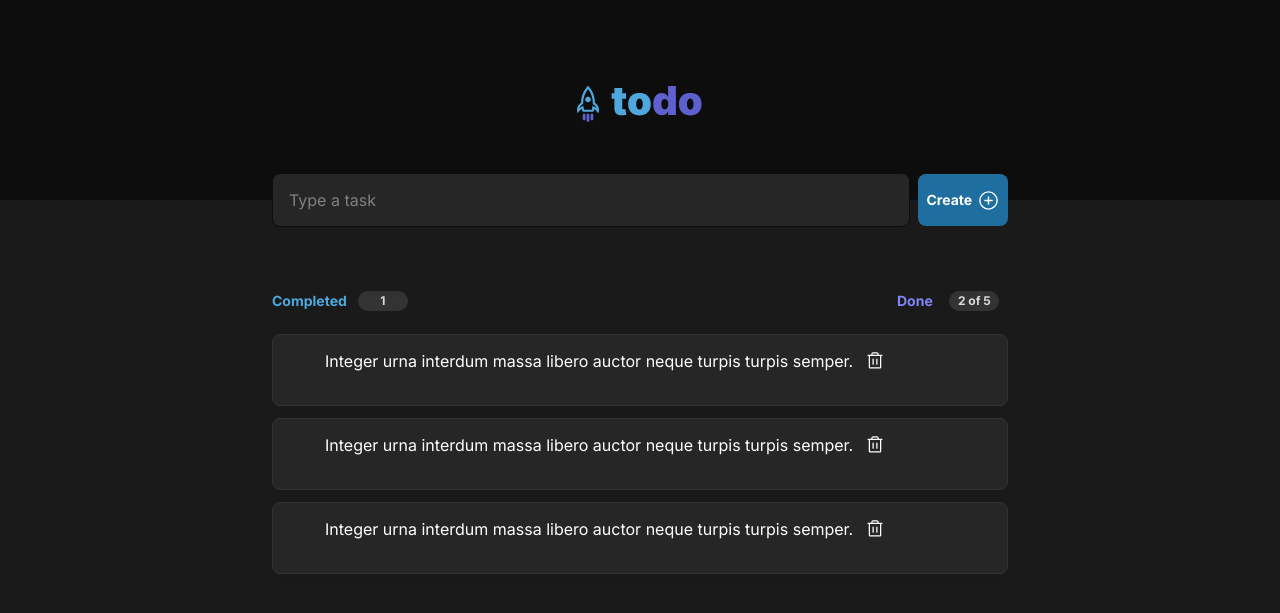
Repository: JoseGu1llardi/to-do-list-D01
Page: /
An editor plug-in stored every save of this project. The page is shown before and after the next save, followed by the edit.
The browser window is 1280 px wide. The pictures show the whole page.
The project was rebuilt for these pictures with package versions that can differ from the ones it lists, and the page was loaded fresh each time. Also part of the build but not shown: vite.config.ts.

Above is the page before, as saved 2023-03-11 21:25:02.

### index.html
<!DOCTYPE html>
<html lang="en">
  <head>
    <meta charset="UTF-8" />

    <link rel="preconnect" href="https://fonts.googleapis.com" />
    <link rel="preconnect" href="https://fonts.gstatic.com" crossorigin />

    <link
      href="https://fonts.googleapis.com/css2?family=Inter:wght@400;700&display=swap"
      rel="stylesheet"
    />

    <link rel="icon" type="image/svg+xml" href="/vite.svg" />
    <meta name="viewport" content="width=device-width, initial-scale=1.0" />
    <title>Vite + React + TS</title>
  </head>
  <body>
    <div id="root"></div>
    <script type="module" src="/src/main.tsx"></script>
  </body>
</html>

### src/App.tsx
import { Header } from "./components/Header"

import styles from './App.module.css';

import "./global.css"
import { Input } from "./components/Input";
import { Button } from "./components/Button";
import { TasksList } from "./components/TasksList";

function App() {
  return (
    <>
      <Header />

      <div className={styles.newTaskContainer}>
        <Input />
        <Button />
      </div>

      <div className={styles.tasksContainer}>
        <TasksList />
      </div>
    </>
  )
}

export default App

### src/components/Header/index.tsx
import Logo from '../../assets/Logo (1).svg'

import styles from './styles.module.css';

export function Header() {
    return (
        <header className={styles.container}>
            <img src={Logo} />
        </header>
    )
}

### src/App.module.css
.newTaskContainer {
  display: flex;
  flex-direction: row;
  align-items: center;
  padding: 0px;
  gap: 8px;

  position: absolute;
  width: 46rem;
  height: 3.375rem;
  left: calc(50% - 736px / 2);
  top: 10.8125rem;
}

.tasksContainer {
  display: flex;
  flex-direction: column;
  align-items: flex-start;
  padding: 0px;
  gap: 24px;

  position: absolute;
  width: 736px;
  height: 287px;
  left: calc(50% - 736px / 2);
  top: 291px;
}

### src/global.css
:root {
  // Base
  --gray-100: #f2f2f2;
  --gray-200: #d9d9d9;
  --gray-300: #808080;
  --gray-400: #333333;
  --gray-500: #262626;
  --gray-600: #1a1a1a;
  --gray-700: #0d0d0d;

  --danger: #e25858;

  // Product
  --purple: #8284fa;
  --dark-purple: #5e60ce;
  --blue: #4ea8de;
  --dark-blue: #1e6f9f;
}

:focus {
  outline: transparent;
  box-shadow: 0 0 0 2px var(--dark-purple);
}

* {
  margin: 0;
  padding: 0;
  box-sizing: border-box;
}

body {
  color: #fff;
  background: var(--gray-600);

  width: 100%;
  height: 100%;
  max-height: 1024px;
  position: relative;
}

body,
input,
textarea,
button {
  font-family: "Inter", sans-serif;
  font-weight: 400;
  font-size: 1rem;
}

### src/components/Input/index.tsx
import styles from './styles.module.css';

export function Input() {
    return (
        <input
            type="text"
            className={styles.input}
            placeholder='Type a task'
        />
    )
}

### src/components/Button/index.tsx
import { PlusCircle } from '@phosphor-icons/react'

import styles from './styles.module.css';

export function Button() {
    return (
        <button className={styles.button}>
            <span>Create</span>
            <PlusCircle size={23} />
        </button>
    )
}

### src/components/TasksList/index.tsx
import Clipboard from '../../assets/Clipboard.svg';
import { Task } from '../Task';

import styles from './styles.module.css';

export function TasksList() {
    return (
        <>
            <section className={styles.info}>

                <div className={styles.created}>
                    <span>Completed</span>
                    <div className={styles.counterCreated}>
                        <p>1</p>
                    </div>
                </div>

                <div className={styles.done}>
                    <span>Done</span>
                    <div className={styles.doneCreated}>
                        <span>2 of 5</span>
                    </div>
                </div>

            </section>

            {/* <section className={styles.tasks}>
                <img src={Clipboard} alt="" />
                <strong>You don't have tasks registered yet!</strong>
                <span>Create tasks and organize your to-do list</span>
            </section> */}

            <section className={styles.list}>
                <Task />
                <Task />
                <Task />
            </section>
        </>
    )
}

### src/components/Header/styles.module.css
.container {
  position: absolute;
  height: 12.5rem;
  max-width: 100%;
  left: 0;
  right: 0;
  top: 0;

  display: flex;
  align-items: center;
  justify-content: center;

  background: var(--gray-700);
}

.container img {
  position: absolute;
  width: 7.875rem;
  height: 3rem;
}

### src/components/Input/styles.module.css
.input {
  box-sizing: border-box;

  display: flex;
  flex-direction: row;
  align-items: center;
  padding: 16px;
  gap: 8px;

  width: 638px;
  height: 54px;

  background: var(--gray-500);
  color: #fff;

  border: 1px solid var(--gray-700);
  border-radius: 8px;

  flex: none;
  order: 0;
  flex-grow: 1;
}

.input::placeholder {
  color: var(--gray-300);
}

### src/components/Button/styles.module.css
.button {
  width: 90px;
  height: 52px;

  display: flex;
  flex-direction: row;
  align-items: center;
  justify-content: center;
  gap: 16px;

  border: 0;
  border-radius: 8px;

  background: var(--dark-blue);
  color: white;

  cursor: pointer;

  transition: filter 0.2s;
}

.button span {
  width: 34px;
  height: 20px;

  font-weight: 700;
  font-size: 14px;
  line-height: 140%;

  color: var(--gray-100);

  flex: none;
  order: 0;
  flex-grow: 0;
}

.button img {
  width: 16px;
  height: 16px;

  flex: none;
  order: 1;
  flex-grow: 0;
}

.button:hover {
  background: var(--blue);
  filter: brightness(0.8);
}

### src/components/Task/index.tsx
import { Trash } from '@phosphor-icons/react'

import styles from './styles.module.css';

export function Task() {
    return (
        <section className={styles.task}>
            <input type="checkbox" />
            <span>Integer urna interdum massa libero auctor neque turpis turpis semper.</span>
            <div>
                <Trash size={20} />
            </div>
        </section>
    )
}

### src/components/TasksList/styles.module.css
.info {
  display: flex;
  flex-direction: row;
  justify-content: space-between;
  align-items: flex-end;
  padding: 0px;

  width: 736px;
  height: 19px;

  flex: none;
  order: 0;
  align-self: stretch;
  flex-grow: 0;
}

.created {
  display: flex;
  flex-direction: row;
  align-items: center;
  padding: 0px;
  gap: 8px;

  width: 139px;
  height: 19px;

  order: 0;
  flex-grow: 0;
}

.created span {
  font-family: "Inter";
  font-style: normal;
  font-weight: 700;
  font-size: 14px;
  line-height: 17px;

  color: var(--blue);

  flex: none;
  order: 0;
  flex-grow: 0;
}

.counterCreated {
  display: flex;
  flex-direction: row;
  justify-content: center;
  align-items: center;
  padding: 2px 8px;
  gap: 10px;
  margin: 0 auto;

  width: 50px;
  height: 20px;

  background: #333333;
  border-radius: 999px;

  order: 1;
  flex-grow: 0;
}

.counterCreated p {
  display: flex;
  flex-direction: row;
  font-style: normal;
  font-weight: 700;
  font-size: 12px;
  line-height: 15px;

  color: var(--gray-200);
}

.done {
  display: flex;
  box-sizing: border-box;
  flex-direction: row;
  align-items: center;
  padding: 0px;
  gap: 8px;

  width: 111px;
  height: 19px;

  order: 1;
  flex-grow: 0;
}

.done span {
  font-family: "Inter";
  font-style: normal;
  font-weight: 700;
  font-size: 14px;
  line-height: 17px;

  color: #8284fa;

  flex: none;
  order: 0;
  flex-grow: 0;
}

.doneCreated {
  display: flex;
  flex-direction: row;
  justify-content: center;
  box-sizing: border-box;
  align-items: center;
  padding: 2px 8px;
  gap: 10px;
  margin: 0 auto;

  width: 50px;
  height: 20px;

  background: #333333;
  border-radius: 999px;

  order: 1;
  flex-grow: 0;
}

.doneCreated span {
  display: flex;
  flex-direction: row;
  font-style: normal;
  font-weight: 700;
  font-size: 12px;
  line-height: 15px;

  color: var(--gray-200);
}

.tasks {
  box-sizing: border-box;

  display: flex;
  flex-direction: column;
  justify-content: center;
  align-items: center;
  padding: 64px 24px;
  gap: 16px;

  width: 736px;
  height: 244px;

  border-top: 1px solid #333333;
  border-radius: 8px;

  flex: none;
  order: 1;
  align-self: stretch;
  flex-grow: 0;
}

.tasks img {
  width: 56px;
  height: 56px;

  flex: none;
  order: 0;
  flex-grow: 0;
}

.tasks strong {
  display: block;
  font-style: normal;
  font-weight: 700;
  font-size: 16px;

  text-align: center;

  color: var(--gray-300);

  flex: none;
  align-self: stretch;
  flex-grow: 0;
}

.tasks span {
  font-style: normal;
  font-weight: 300;
  font-size: 16px;

  color: var(--gray-300);
}

.list {
  display: flex;
  flex-direction: column;
  align-items: flex-start;
  padding: 0px;
  gap: 12px;

  width: 736px;
  height: 382px;

  /* Inside auto layout */

  flex: none;
  order: 1;
  flex-grow: 0;
}

### src/components/Task/styles.module.css
.task {
  box-sizing: border-box;

  display: flex;
  flex-direction: row;
  align-items: flex-start;
  padding: 16px;
  gap: 12px;

  width: 736px;
  height: 72px;

  /* Gray 500 */

  background: #262626;
  /* Gray 400 */

  border: 1px solid #333333;
  box-shadow: 0px 2px 8px rgba(0, 0, 0, 0.06);
  border-radius: 8px;

  flex: none;
  order: 0;
  align-self: stretch;
  flex-grow: 0;
}

.task input[type="checkbox"] {
  -webkit-appearance: none;
  -moz-appearance: none;

  width: 24px;
  height: 24px;

  border: var(--blue);
  border-radius: 50%;

  flex: none;
  order: 0;
  flex-grow: 0;
}

Loaded but not shown: src/main.tsx (common file)

After the next save:
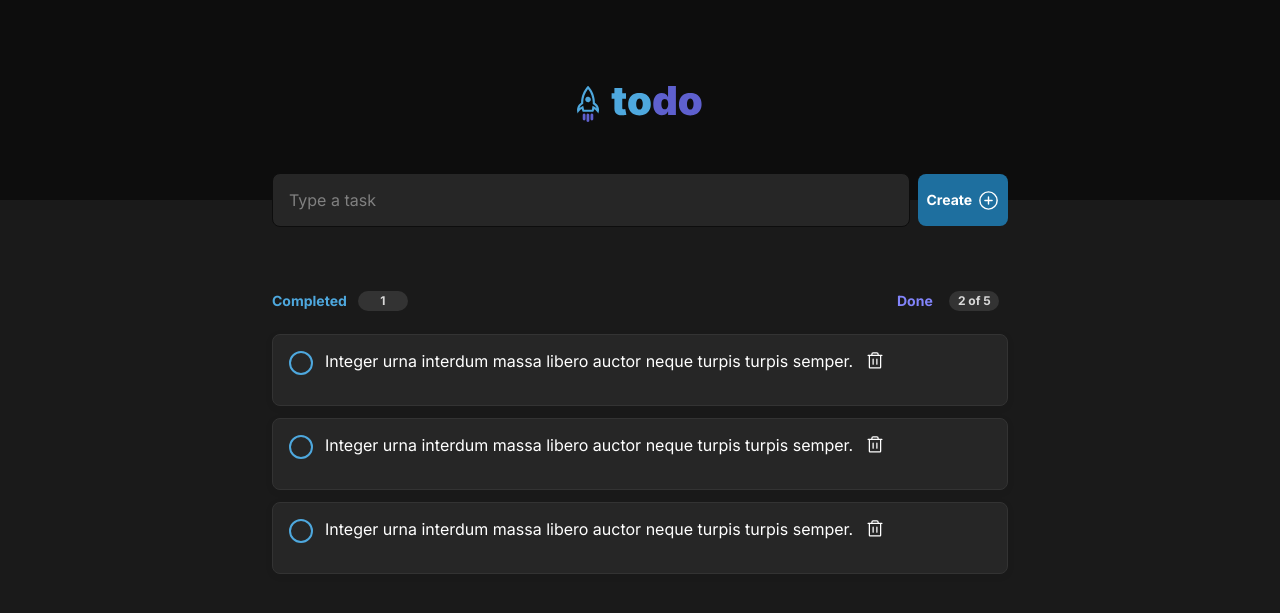
Saved 27 s later.
--- a/src/components/Task/styles.module.css
+++ b/src/components/Task/styles.module.css
@@ -32,7 +32,7 @@
   width: 24px;
   height: 24px;
 
-  border: var(--blue);
+  border: 2px solid var(--blue);
   border-radius: 50%;
 
   flex: none;
